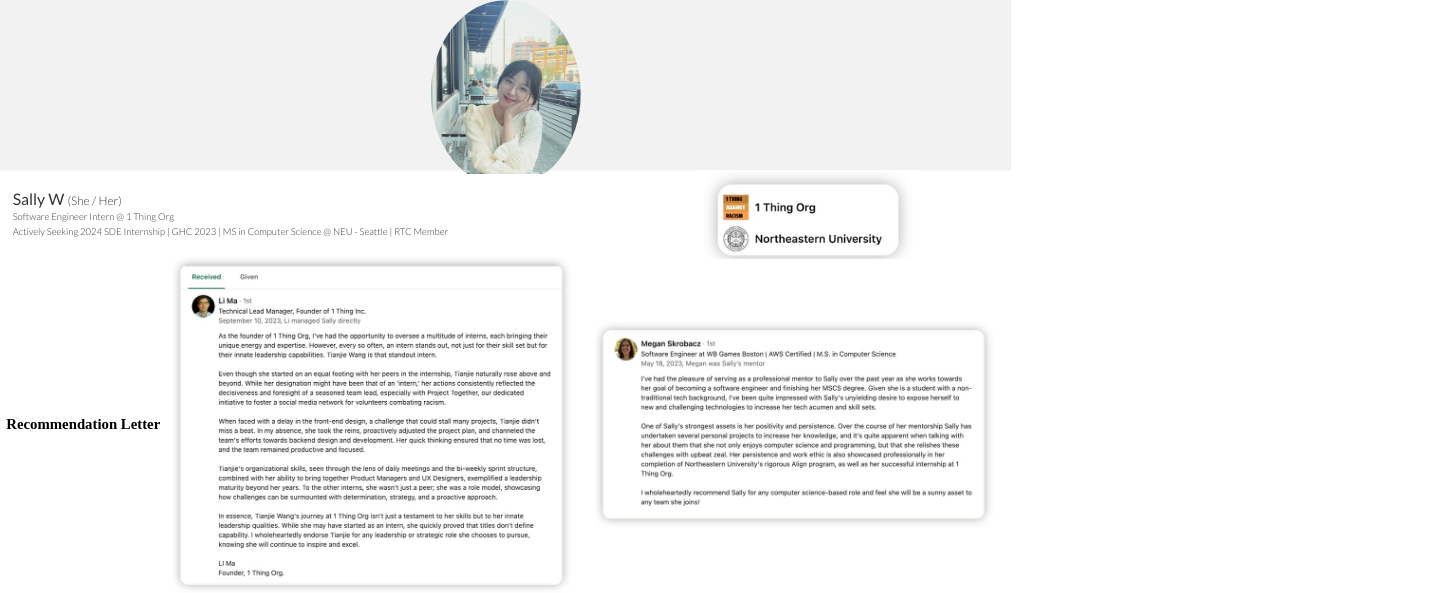
Repository: tianjiewang2022/digital-namecard
Page: recommendation_page.html
These files come from the project's save history. The page is drawn as it stood at one moment and after the next save; the edit follows.
The browser window is 1280 px wide. The page is 1280 px wide, then 1832 px, so the pictures cover 1832 px, including what lies to the right of the window. The pictures show the whole page, at 79% of full size.
Some web fonts or font styles are not loaded; a fallback is used.

Above is the page before, as saved 2023-10-16 01:32:21.

### recommendation_page.html
<!DOCTYPE html>
<html>

    <head>
        <link rel="stylesheet" href="main.css">
        <link href='https://fonts.googleapis.com/css?family=Lato:200,300,400,700' rel='stylesheet' type='text/css'>
        <link href="https://fonts.googleapis.com/css?family=Muli:200,300" rel="stylesheet">
        <meta name="viewport" content="width=device-width, initial-scale=1, shrink-to-fit=no">
    </head>

    <body>
        <section class="bg-color-grey banner">
            <div class="container">
                <div class="row">
                    <div class="col"></div>
                    <div class="col is-5">
                        <img class="profile-pic" src="E4CDA194-B414-4D9C-A781-2C7693C33BDE.JPG" alt="Profile Picture">
                    </div>
                    <div class="col"></div>
                </div>
            </div>
        </section>

        <section class="bg-color-white primary-info">
            <div class="container">
                <div class="row name-title-company">
                    <div class="col is-6">
                        <p class="text-name">Sally W <span>(She / Her)</span></p>
                        <p class="text-title-company">Software Engineer Intern @ 1 Thing Org</p>
                        <p class="text-title-company">Actively Seeking 2024 SDE Internship | GHC 2023 | MS in Computer
                            Science @ NEU - Seattle | RTC Member</p>
                    </div>
                    <div class="col">
                        <img src="iShot_2023-09-12_11.27.03.jpg" alt="Company Logo">
                    </div>
                </div>
            </div>
        </section>
        <section class="bg-color-white secondary-info">
            <div class="image-container">
                <h3>Recommendation Letter</h3>
                <img src="Recommendation_Manager.jpg" alt="Recommendation from Manager">
                <img src="Recommendation_Mentor.jpg" alt="Recommendation from Mentor">
            </div>
        </section>

        <!-- <section class="bg-color-white secondary-info">
            <div class="container table-container">
                <h3>Please leave your cherishing comment! ^_^</h3>
                <table>
                    <label for="name">Name</label>
                    <input type="text" id="name" name="name" placeholder="Your Name">

                    <label for="email">Email</label>
                    <input type="email" id="email" name="email" placeholder="Your Email">

                    <label for="message">Comment</label>
                    <input type="text" id="message" name="message" placeholder="Your Comment">

                    <button type="submit">Submit</button>
                </table>
            </div>
        </section>

        <section class="bg-color-white bottom">
            <div class="container">
                <div class="row">
                    <div class="col"></div>
                    <div class="col is-5">
                        <div class="button">
                            <a href="user.vcf">
                                <p class="button">Download</p>
                            </a>
                        </div>
                    </div>
                    <div class="col"></div>
                </div>
            </div>
        </section> -->

    </body>

</html>

### main.css
html,
body {
	height: 100%;
	width: 100%;
	margin: 0;
	justify-content: center;
}

section {
	display: block;
	padding-left: 0.5rem;
	padding-right: 0.5rem;
	height: auto;
}

p {
	margin: 0.25rem !important;
}

a {
	text-decoration: none;
}

img {
	display: block;
	margin-left: auto;
	margin-right: auto;
	max-height: 100%;
	max-width: 100%;
	height: auto;
	width: auto;
	object-fit: contain;
}

img.profile-pic {
	height: 30%;
	width: 30%;
	object-fit: cover;
	border-radius: 50%;
}

.container {
	margin: 0 auto;
	position: relative;
	height: 100%;
}

.row {
	display: flex;
	justify-content: center;
	align-items: center;
	flex-wrap: nowrap;
	flex-direction: row;
	position: relative;
	height: 100%;
	width: 100%;
}

.col {
	display: block;
	flex-basis: 0;
	flex-grow: 1;
	flex-shrink: 1;
	margin: 0;
	padding: 0.25rem;
	max-width: 100%;
	max-height: 100%;
	overflow: auto;
}

.col.is-1 {
	flex: none;
	width: 10%;
}

.col.is-2 {
	flex: none;
	width: 20%;
}

.col.is-3 {
	flex: none;
	width: 30%;
}

.col.is-4 {
	flex: none;
	width: 40%;
}

.col.is-5 {
	flex: none;
	width: 50%;
}

.col.is-6 {
	flex: none;
	width: 60%;
}

.col.is-7 {
	flex: none;
	width: 70%;
}

.col.is-8 {
	flex: none;
	width: 80%;
}

.col.is-9 {
	flex: none;
	width: 90%;
}

.col.is-10 {
	flex: none;
	width: 100%;
}

.name-title-company {
	height: 100%;
}

.banner {
	height: 30%;
}

.primary-info {
	height: 15%;
}

.secondary-info {
	height: 8%;
}

.bg-color-grey {
	background-color: #F2F2F2;
}

.bg-color-white {
	background-color: white;
}

.text-name {
	font-family: 'Lato', sans-serif;
	font-weight: 400;
	color: #333333;
	font-size: 20px;
}

.text-name span {
	font-family: 'Lato', sans-serif;
	font-weight: 200;
	color: #333333;
	font-size: 15px;
}

.text-title-company {
	font-family: 'Lato', sans-serif;
	font-weight: 200;
	color: #333333;
	font-size: 12px;
}

.text-detail {
	font-family: 'Lato', sans-serif;
	font-weight: 300;
	color: #575757;
	font-size: 12px;
}

.bottom {
	height: 23%;
}

.button {
	background-color: #219653;
	height: 48px;
	padding-left: 24px padding-right: 24px;
	text-align: center;
	vertical-align: middle;
	line-height: 48px;
	font-family: 'Muli', sans-serif;
	color: white;
	font-weight: 300;
}

@media screen and (max-width: 600px) {
	img.profile-pic {
		height: 60%;
		width: 60%;
	}
}

@media screen and (max-width: 480px) {
	img.profile-pic {
		height: 80%;
		width: 80%;
	}
}

.table-container {
	margin: 0 auto;
	/* This centers the container horizontally */
	text-align: center;
	/* This centers the contents of the container */
}


/* CSS for the Submit button */
button {
	width: 100%;
	background: linear-gradient(to bottom, #27ae60, #2c3e50);
	color: white;
	border: none;
	padding: 10px;
	cursor: pointer;
}

/* CSS for button hover effect */
button:hover {
	cursor: pointer;
}

table {
	width: 100%;
	justify-content: center;
	border-collapse: collapse;
	margin-top: 10px;
}

th,
td {
	border: 1px solid #ccc;
	padding: 10px;
	text-align: center;
}

th {
	background-color: #f2f2f2;
}

.grid-container {
	display: grid;
	grid-template-columns: repeat(2, 1fr);
	/* Two columns with equal width */
	gap: 5px;
	/* Add some spacing between grid items */
	align-items: center;
}

/* Add this CSS to your main.css or in a <style> element in the HTML */
.image-container {
	display: flex;
	/* Use flexbox to arrange the images horizontally */
	justify-content: space-between;
	/* Create space between the images */
	align-items: center;
	/* Vertically center the images within the container */
}

.image-container img {
	max-width: 40%;
	/* Ensure images don't exceed their container's width */
	height: auto;
	/* Maintain the aspect ratio of the images */
}

After the next save:
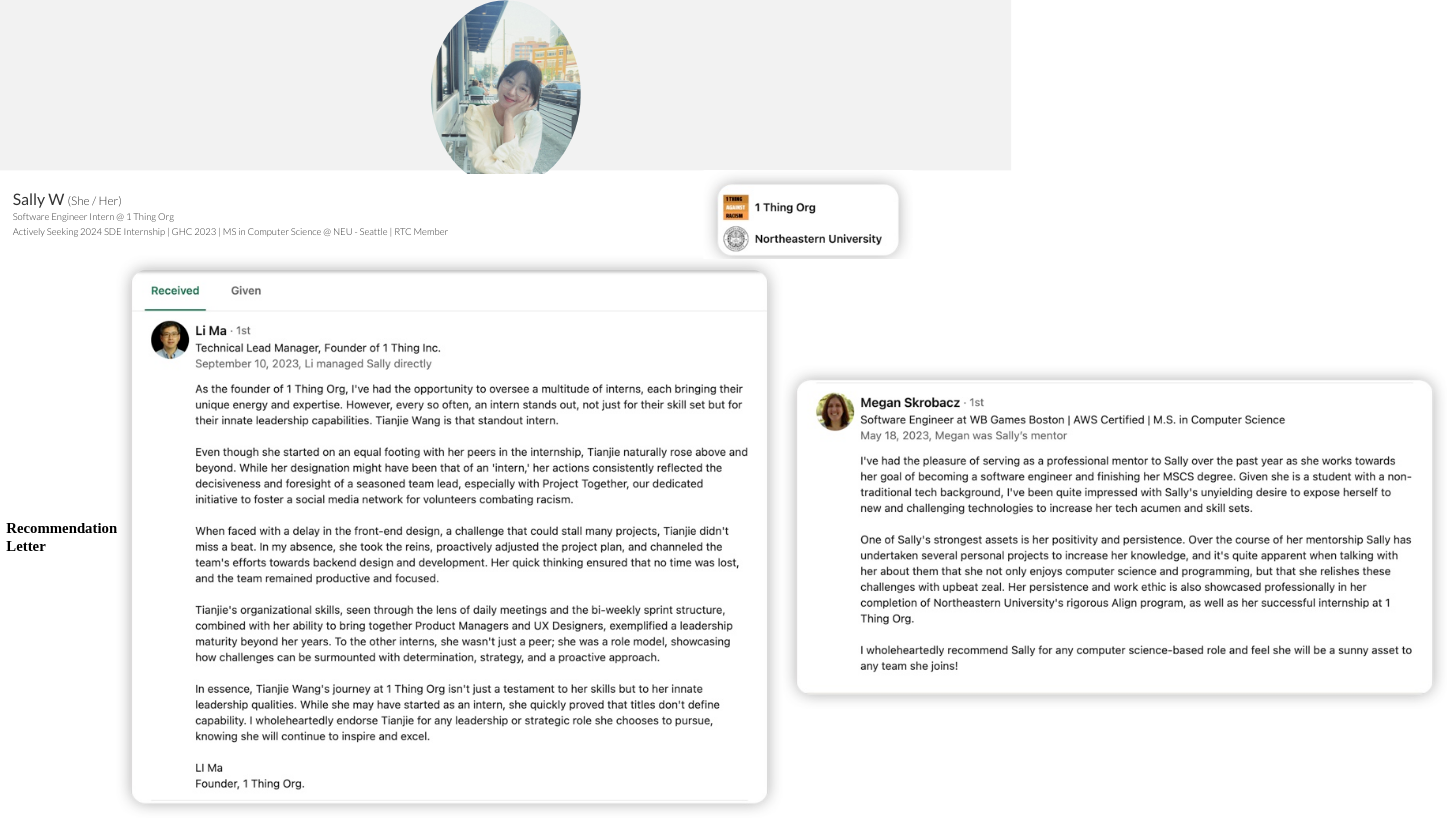
Saved 17 s later.
--- a/main.css
+++ b/main.css
@@ -261,7 +261,7 @@
 }
 
 .image-container img {
-	max-width: 40%;
+	max-width: 100%;
 	/* Ensure images don't exceed their container's width */
 	height: auto;
 	/* Maintain the aspect ratio of the images */
